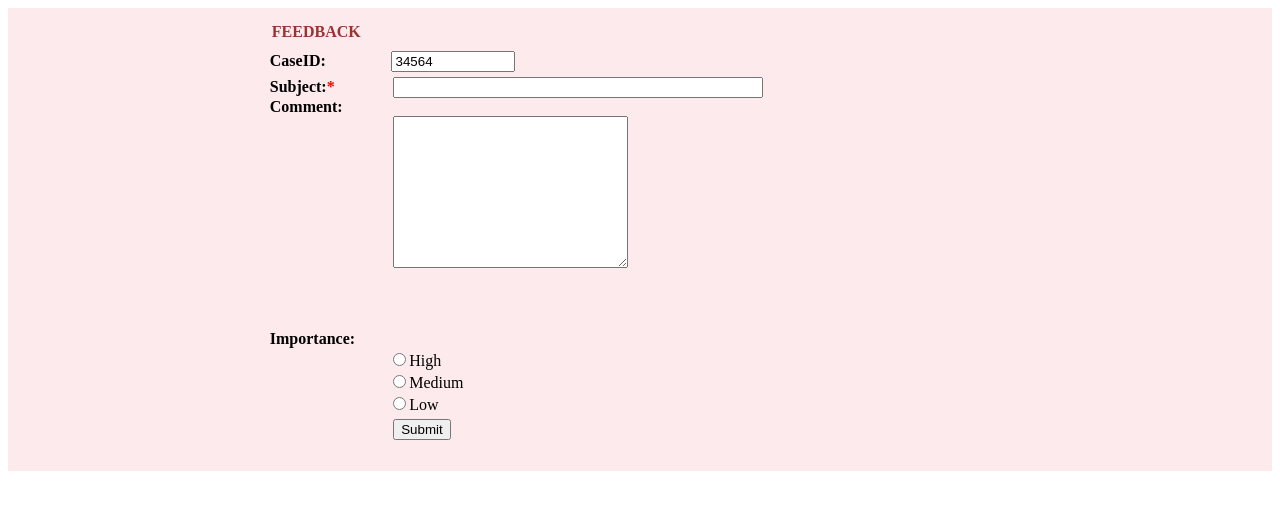
Repository: vRia4/INST728J-Victoria-Nathaniel
Page: Assignments/feedback.html
An editor plug-in stored every save of this project. The page is shown before and after a run of saves, followed by the edit.
The browser window is 1280 px wide. The pictures show the whole page.

Above is the page before, as saved 2023-07-25 11:37:14.

### Assignments/feedback.html
<html>
<head>
<title>Feedback</title>
<head>
    <style>
        .wrapper {
            background-color:rgb(253, 234, 237);
            padding: 15px;

        }

        .title {
            color:#9B3333;
            margin-left: 20%;
            margin-bottom: 10px;
            font-weight: bold;
        }

        label {
            margin-left: 20%;
            font-weight: bold;
        }

        input[type="num"] {
            width: 10%;
            margin-left: 5%;
        }

        input[type="class"] {
            width: 30%;
            margin-left: 4.4%;
            margin-top: 5px;
        }

        textarea {
            width: 19%;
            margin-left: 30%;
            padding: 0px;
            margin-bottom: 5%;
        }

        input[type="radio"], input[type="submit"]{
        margin-left: 30%;
        margin-top: 5px;
        }

    </style>
</head>
<body>
    <div class="wrapper">
        <legend class="title">FEEDBACK</legend>

        <form name="myFirstForm" method="post" action="ThankYou.html">
            <label for="caseID" > CaseID: </label>
	        <input type="num" value="34564"><br>

            <label for="subject">Subject:<span style="color: red;">*</label>
            <input type="class" placeholder=" "> </br>

            <!-- <div> -->
                <label for="comment"> Comment: </label> </br>
                <textarea id="comment" name="comment" rows="10" cols="30"></textarea> </br>
            <!-- </div> -->

            <label for="importance"> Importance:</label><br>
            <input type="radio" name="value">High </br>
            <input type="radio" name="value">Medium </br>
            <input type="radio" name="value">Low </br>

            <div>
                <input type="submit" value="Submit">
            </div>
        </form>
    </div>

</body>
</html>

After the next 2 saves:
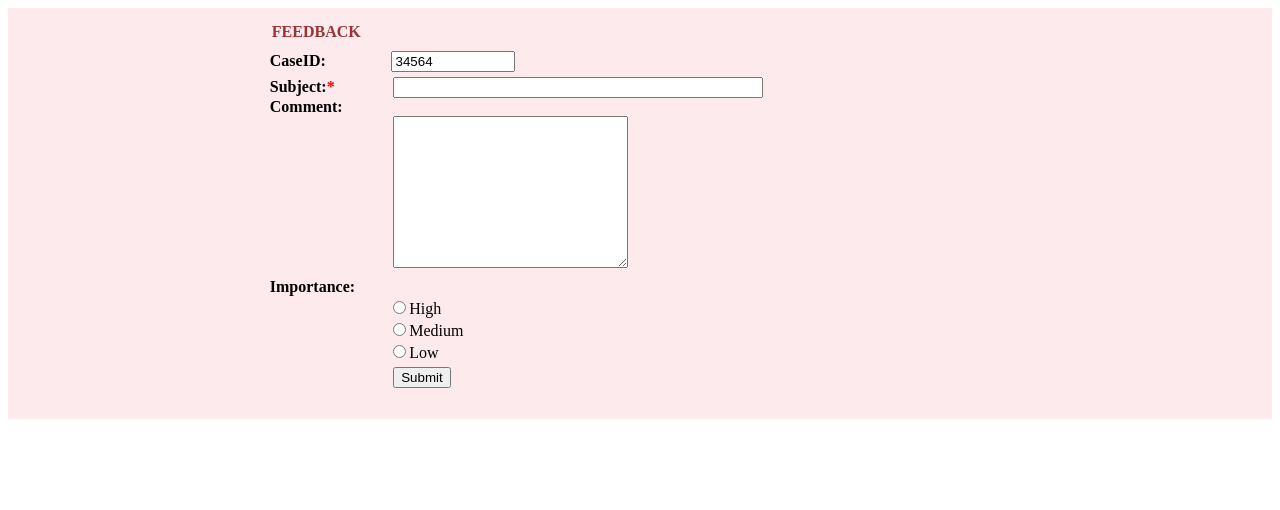
The 2 saves are shown as one change because they came seconds apart.
The last was saved 10 s later.
--- a/Assignments/feedback.html
+++ b/Assignments/feedback.html
@@ -36,7 +36,7 @@
             width: 19%;
             margin-left: 30%;
             padding: 0px;
-            margin-bottom: 5%;
+            margin-bottom: 10px;
         }
 
         input[type="radio"], input[type="submit"]{
